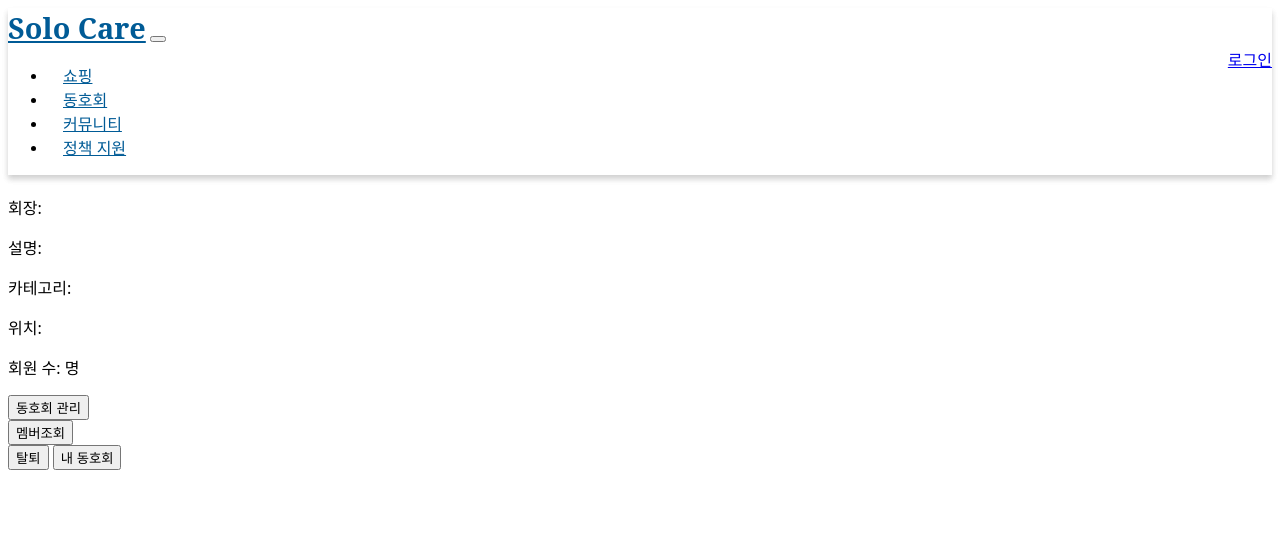
Repository: HB1112/cloud
Page: http://localhost/Solocare/WEB-INF/views/club/myclubDetail.jsp
These files come from the project's save history. The page is drawn as it stood at one moment and after the next save; the edit follows.
The browser window is 1280 px wide. The pictures show the whole page.
The page is served by Tomcat 9. Nobody is signed in. Other server files are loaded and not shown. The template is opened directly, without the code that normally fills it, so the values that code supplies are empty.

Above is the page before, as saved 2024-12-24 05:25:47.

### Solocare/src/main/webapp/WEB-INF/views/club/myclubDetail.jsp
<%@ page language="java" contentType="text/html; charset=UTF-8" pageEncoding="UTF-8"%>
<%@ taglib uri="http://java.sun.com/jsp/jstl/core" prefix="c" %>
<!DOCTYPE html>
<html>
<head>
<meta charset="UTF-8">
<title>내 클럽</title>
<script>
function joinClub(clubNum) {
    // 현재 세션의 멤버 ID를 가져오기 위해 AJAX 요청
    fetch(`${pageContext.request.contextPath}/club/checkMembership?clubNum=${clubNum}`, {
        method: 'GET'
    })
    .then(response => response.json())
    .then(data => {
        if (data.isMember) {
            alert('이미 가입된 멤버입니다.');
        } else {
            // 가입 처리
            window.location.href = `${pageContext.request.contextPath}/club/join?clubNum=${clubNum}`;
        }
    })
    .catch(error => {
        console.error('Error:', error);
        alert('가입 확인 중 오류가 발생했습니다.');
    });
}
</script>
</head>
<body>
	<nav class="navbar navbar-expand-lg navbar-light fixed-top">
         <%@ include file="/WEB-INF/views/menu.jsp" %>
    </nav>
	<h2>${club.clubName}</h2>
	<p>회장: ${club.clubLeader}</p>
	<p>설명: ${club.clubDescription}</p>
	<p>카테고리: ${club.clubCategory}</p>
	<p>위치: ${club.region} ${club.district}</p>
	<p>회원 수: ${club.count} 명</p>

	<form action="${pageContext.request.contextPath}/club/update/${club.clubNum}" method="get">
	    <input type="hidden" name="clubNum" value="${club.clubNum}"/>
	    <input type="submit" value="동호회 관리"/>
	</form>

	<form action="${pageContext.request.contextPath}/club/membercheck" method="get">
	    <input type="hidden" name="clubNum" value="${club.clubNum}"/>
	    <input type="submit" value="멤버조회"/>
	</form>

	<form action="cancelMember" method="post" style="display:inline;">
	    <input type="hidden" name="memberId" value="${mem.id}">
	    <input type="hidden" name="clubNum" value="${club.clubNum}">
	    <button type="submit" class="btn btn-danger btn-sm">탈퇴</button>
	</form>


	<form action="${pageContext.request.contextPath}/club/myclub" method="post" style="display: inline;">
	    <input type="hidden" name="id" value="${mem.id}"> <!-- 세션에서 가져온 멤버 ID로 설정 -->
	    <button type="submit" class="btn btn-warning">내 동호회</button>
	</form>


</body>
</html>

### Solocare/src/main/webapp/WEB-INF/views/menu.jsp
<%@ page contentType="text/html; charset=UTF-8" language="java" %>
   <style>
        body {
            font-family: 'Noto Sans', sans-serif;
        }
        .navbar {
            background-color: white;
            box-shadow: 0 4px 6px rgba(0, 0, 0, 0.1);
        }
        .navbar-brand {
            font-family: 'Noto Serif', serif;
            font-size: 1.8rem;
            font-weight: bold;
            color: #005B96;
            transition: transform 0.3s ease;
        }
        .navbar-brand:hover {
            transform: scale(1.1);
        }
        .navbar-nav .nav-link {
            margin: 0 15px;
            color: #005B96;
            font-weight: 500;
            transition: all 0.3s ease;
        }
        .navbar-nav .nav-link:hover {
            color: #FFD700;
            transform: translateY(-3px);
        }
        .dropdown-menu {
            background: #f8f9fa;
            border: none;
            border-radius: 5px;
            box-shadow: 0 4px 8px rgba(0, 0, 0, 0.1);
        }
        .dropdown-item {
            color: #005B96;
            font-weight: 500;
        }
        .dropdown-item:hover {
            background: #005B96;
            color: white;
        }
        .search {
            display: flex;
            align-items: center;
            margin-left: auto; /* 오른쪽 끝으로 붙이기 */
        }
        .search input {
            border-radius: 30px;
            border: 2px solid #005B96;
            margin-right: 10px; /* 검색창과 버튼 사이 간격 */
        }
        .search button {
            color: white;
            background: #005B96;
            border-radius: 50%;
            border: none;
            padding: 5px 10px;
        }
        .user-links {
        	display : flex;
            margin-left: 20px; /* 로그인/회원가입 간격 */
        }
        .main-content {
            margin-top: 80px; /* 내비게이션 바 높이에 맞춰 여백 추가 */
        }
        .navbar-collapse {
		    display: flex;
		    justify-content: space-between; /* 양쪽 끝으로 배치 */
		    width: 100%; /* 전체 너비 사용 */
		}
    </style>
<link href="https://fonts.googleapis.com/css2?family=Montserrat:wght@400;700&display=swap" rel="stylesheet">

<nav class="navbar navbar-expand-lg navbar-light fixed-top" style="font-family: 'Montserrat', sans-serif;">
    <a class="navbar-brand" href="/Solocare/home">Solo Care</a>
    <button class="navbar-toggler" type="button" data-toggle="collapse" data-target="#navbarNav" aria-controls="navbarNav" aria-expanded="false" aria-label="Toggle navigation">
        <span class="navbar-toggler-icon"></span>
    </button>
    <div class="collapse navbar-collapse" id="navbarNav">
        <ul class="navbar-nav">
            <li class="nav-item">
                <a class="nav-link" href="/Solocare/search">쇼핑</a>
            </li>
             <li class="nav-item">
                <a class="nav-link" href="/Solocare/club/board">동호회</a>
            </li>
            <li class="nav-item dropdown">
                <a class="nav-link" href="/Solocare/community">커뮤니티</a>
            </li>
            <li class="nav-item dropdown">
                <a class="nav-link dropdown-toggle" href="#" id="policyDropdown" role="button" data-toggle="dropdown" aria-haspopup="true" aria-expanded="false">
                    정책 지원
                </a>
            </li>
        </ul>

        <%
            if (request.getSession().getAttribute("mem") != null) {
        %>
            <div class="user-links">
                <p>${mem.name}님 환영합니다</p>
                <a href="/Solocare/infocheck" class="nav-link">내 정보</a>
                <a href="/Solocare/logout" class="nav-link">로그아웃</a>
                <a href="/Solocare/list" class="nav-link">일정관리</a>
            </div>
        <%
            } else {
        %>
            <div class="user-links">
                <a href="/Solocare/login" class="nav-link">로그인</a>
            </div>
        <%
            }
        %>
    </div>
</nav>

After the next save:
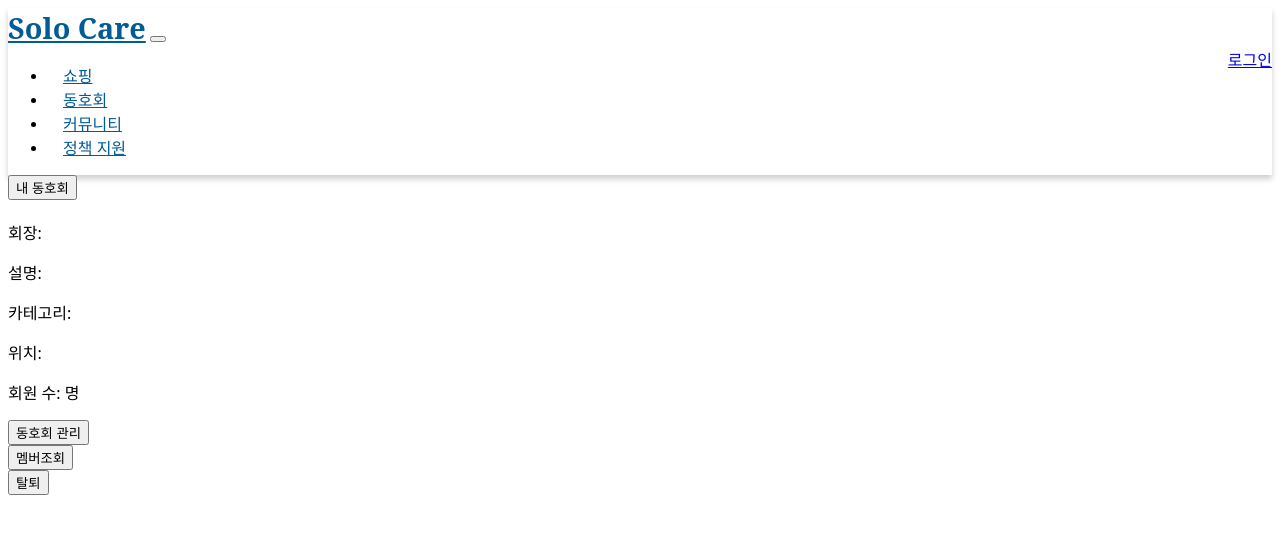
Saved 33 s later.
--- a/Solocare/src/main/webapp/WEB-INF/views/club/myclubDetail.jsp
+++ b/Solocare/src/main/webapp/WEB-INF/views/club/myclubDetail.jsp
@@ -31,6 +31,11 @@ function joinClub(clubNum) {
 	<nav class="navbar navbar-expand-lg navbar-light fixed-top">
          <%@ include file="/WEB-INF/views/menu.jsp" %>
     </nav>
+
+    <form action="${pageContext.request.contextPath}/club/myclub" method="post" style="display: inline;">
+	    <input type="hidden" name="id" value="${mem.id}"> <!-- 세션에서 가져온 멤버 ID로 설정 -->
+	    <button type="submit" class="btn btn-warning">내 동호회</button>
+	</form>
 	<h2>${club.clubName}</h2>
 	<p>회장: ${club.clubLeader}</p>
 	<p>설명: ${club.clubDescription}</p>
@@ -55,10 +60,7 @@ function joinClub(clubNum) {
 	</form>
 
 
-	<form action="${pageContext.request.contextPath}/club/myclub" method="post" style="display: inline;">
-	    <input type="hidden" name="id" value="${mem.id}"> <!-- 세션에서 가져온 멤버 ID로 설정 -->
-	    <button type="submit" class="btn btn-warning">내 동호회</button>
-	</form>
+
 
 
 </body>
